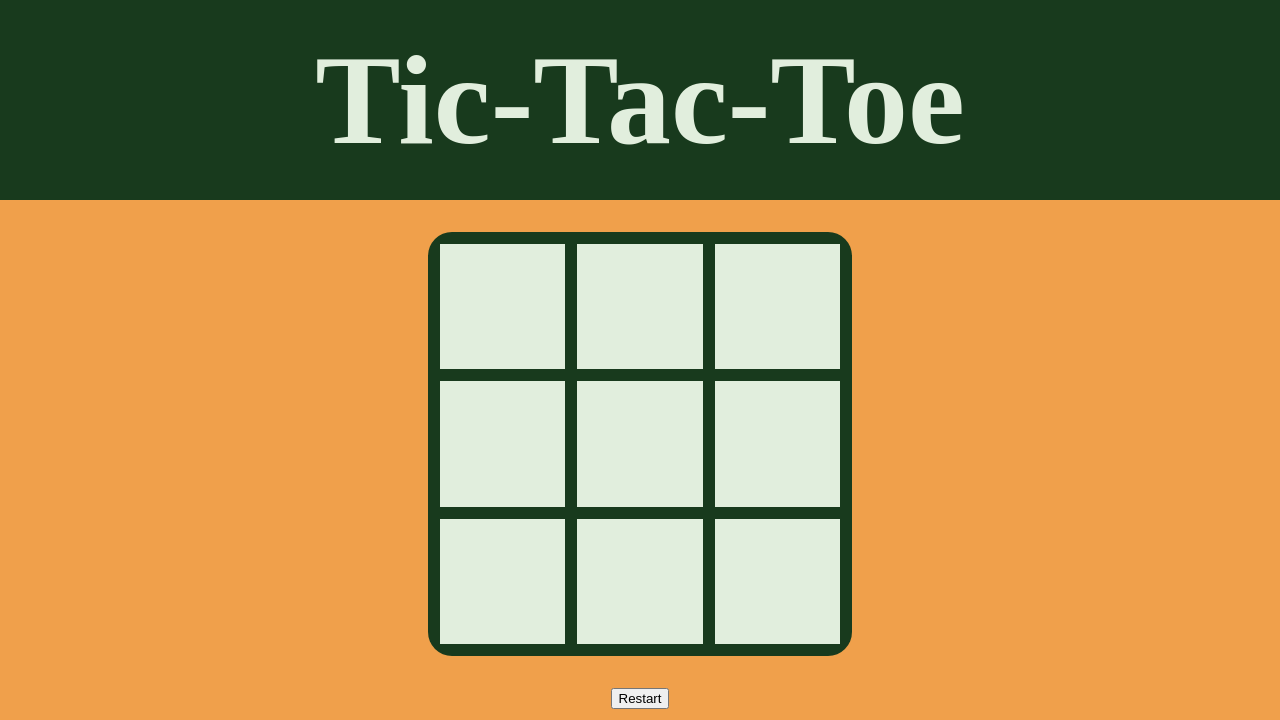
Repository: yeetzpxoci/tic-tac-toe
Page: index.html
An editor plug-in stored every save of this project. The page is shown before and after a run of saves, followed by the edit.
The browser window is 1280 px wide. The pictures show the whole page.

Above is the page before, as saved 2023-02-23 18:45:32.

After the next 2 saves:
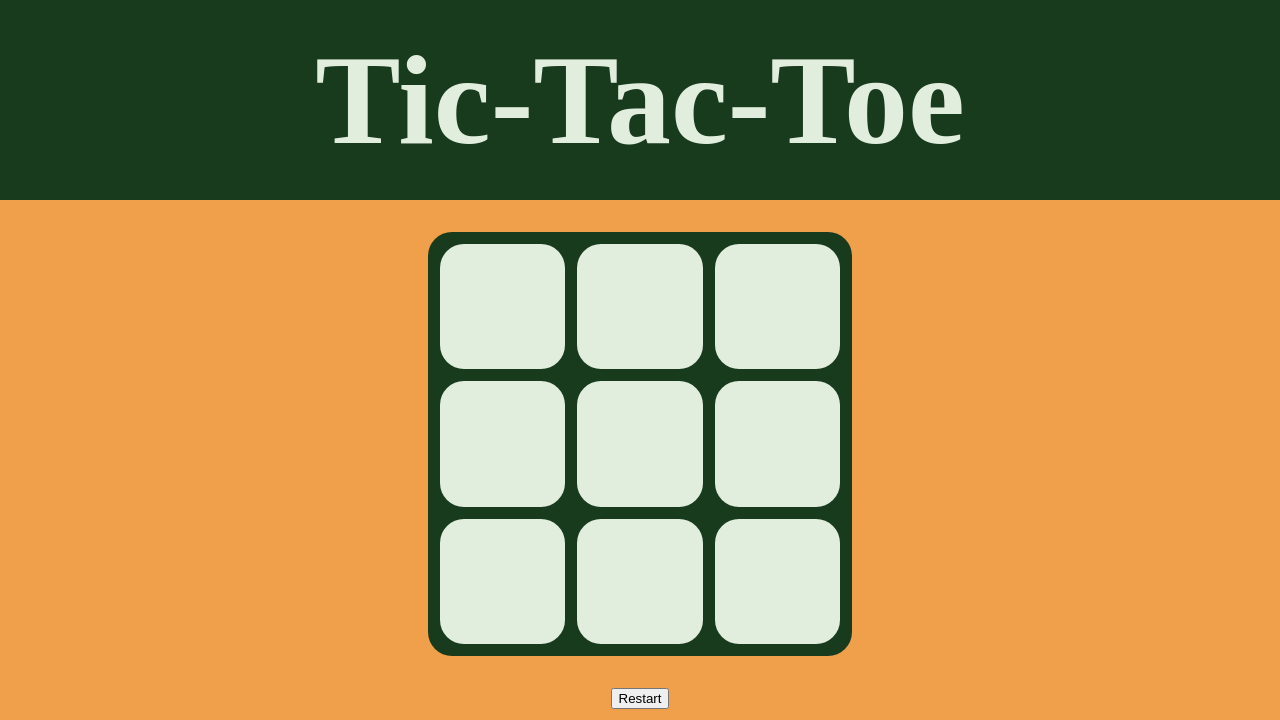
The 2 saves are shown as one change because they came seconds apart.
The last was saved 14 s later.
--- a/styles.css
+++ b/styles.css
@@ -48,4 +48,6 @@ body {
     justify-content: center;
     align-items: center;
     background-color: #E1EEDD;
+    border-radius: 24px;
+    border-width: 0px;
 }
